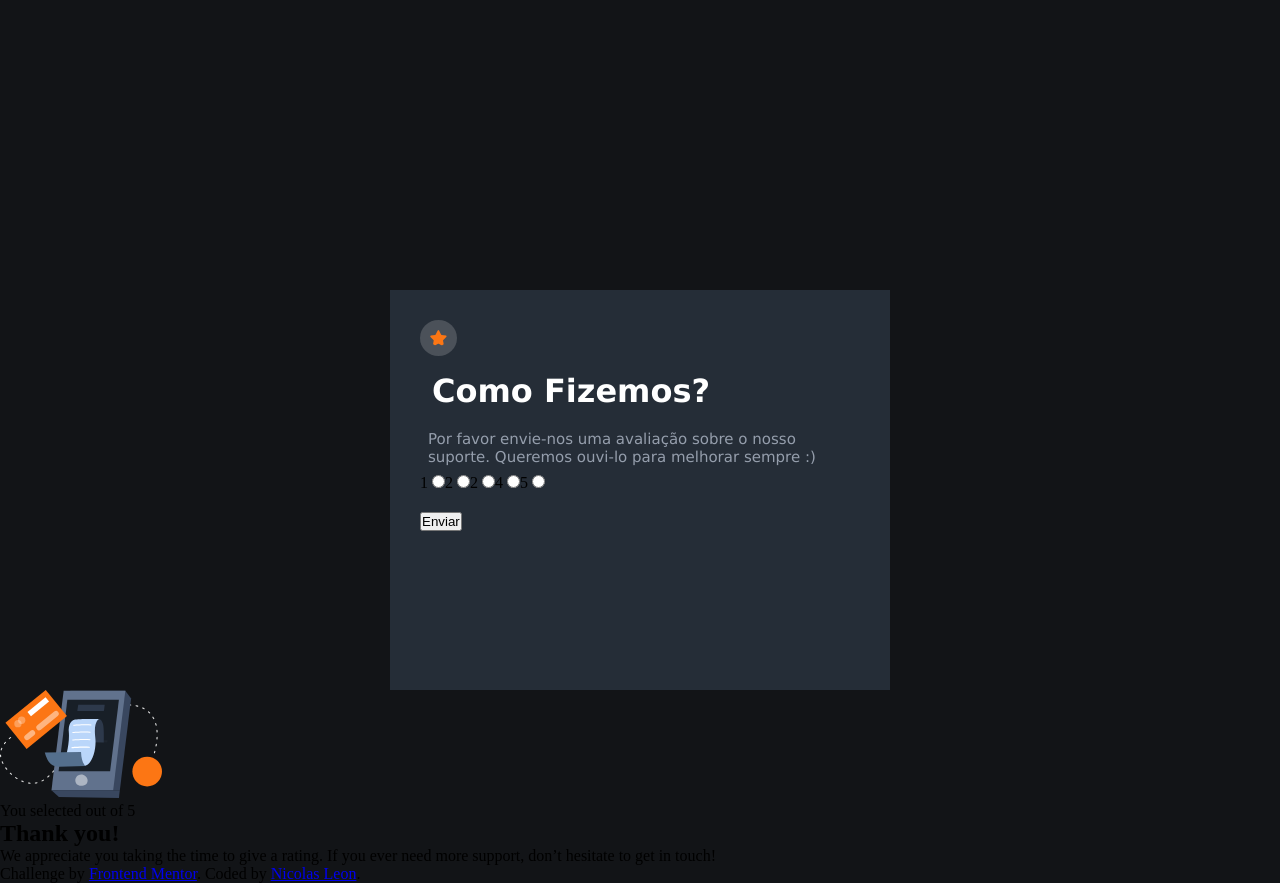
Repository: Leonngc/projeto-avaliacao
Page: index.html
The author's editor kept a copy of each file at every save. The page is drawn from the files as they stood at one save, then again after the next save.
The browser window is 1280 px wide. The pictures show the whole page.

Above is the page before, as saved 2023-01-29 20:46:52.
Console error: SyntaxError: Unexpected token ')'

After the next save:
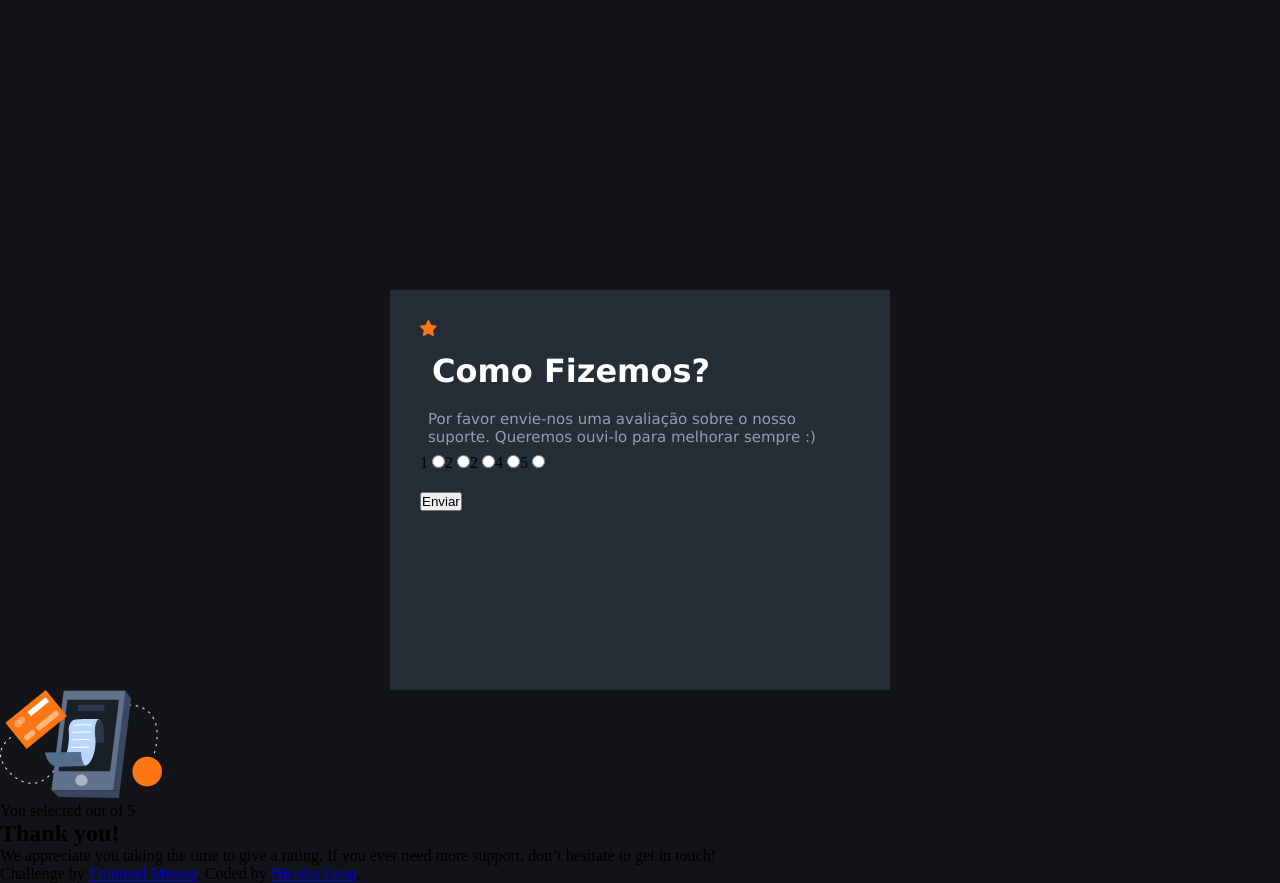
Saved 5 s later.
--- a/styles/style.css
+++ b/styles/style.css
@@ -29,7 +29,7 @@
   margin-bottom: 20px;
 }
 
-
+#ratting >
 
 #icon{
   background-color: rgba(211, 211, 211, 0.218);

After the save that followed:
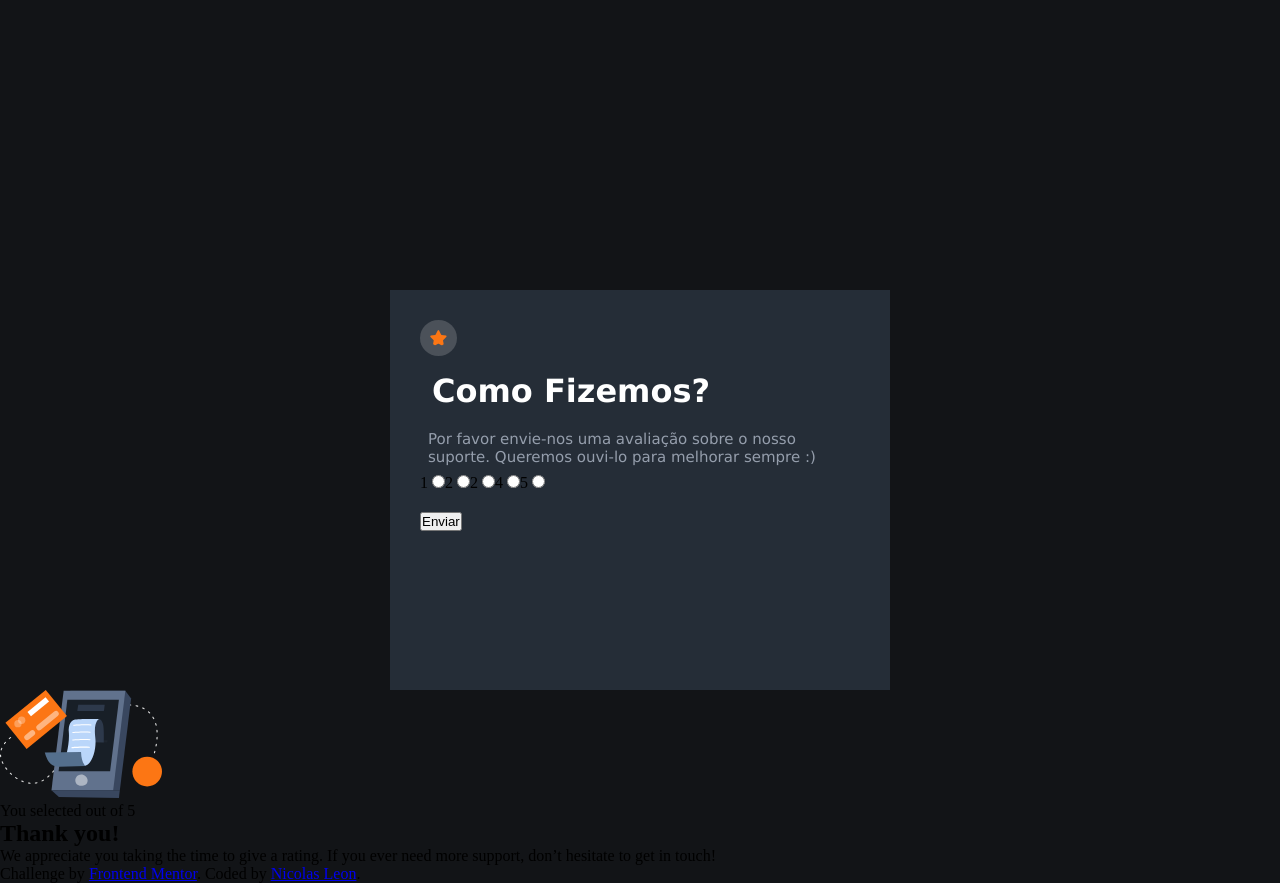
Saved 16 s later.
--- a/styles/style.css
+++ b/styles/style.css
@@ -29,7 +29,9 @@
   margin-bottom: 20px;
 }
 
-#ratting >
+#ratting > label{
+
+}
 
 #icon{
   background-color: rgba(211, 211, 211, 0.218);
